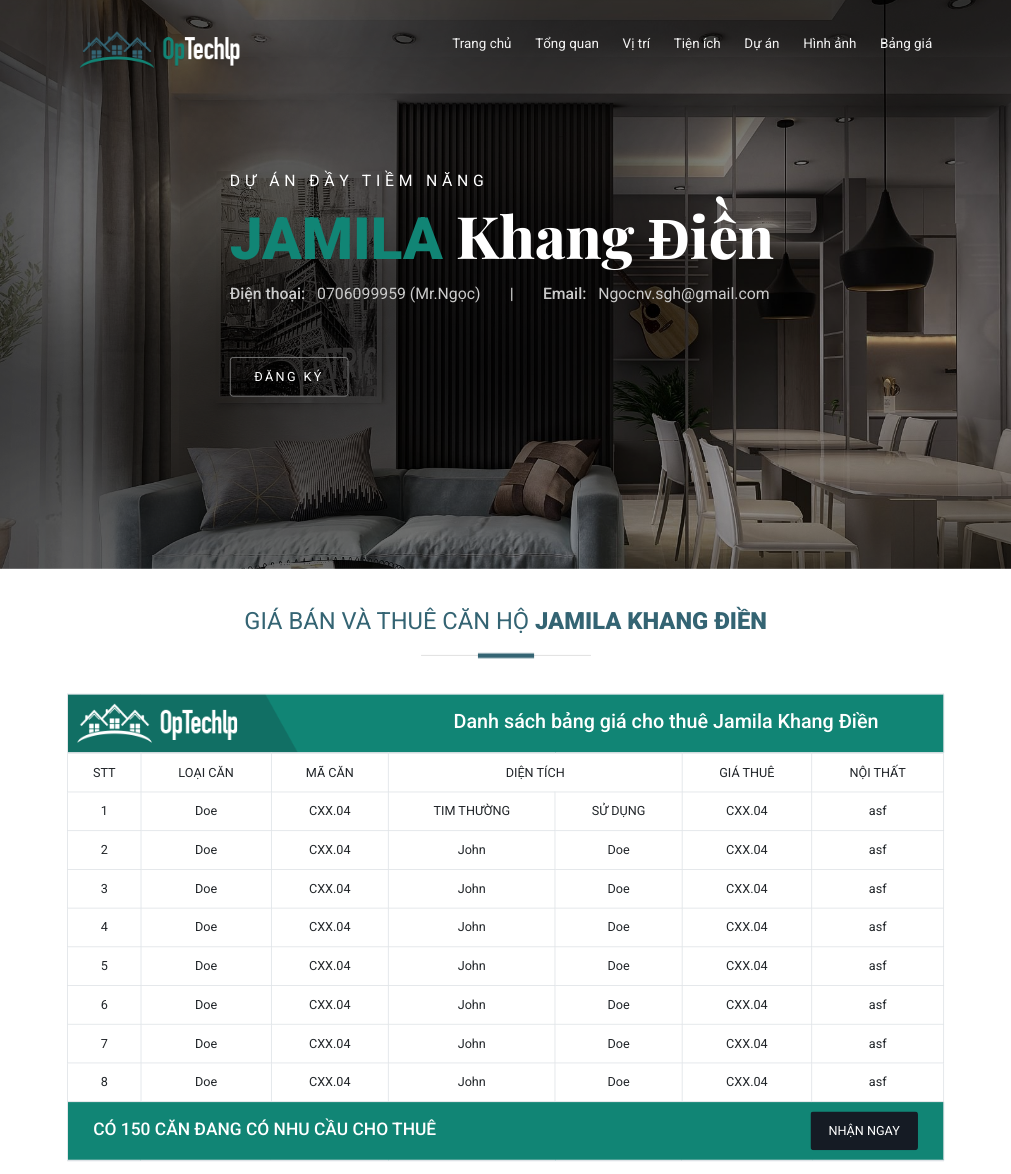
Repository: phunobi1807/Myweb
Page: index.html
The author's editor kept a copy of each file at every save. The page is drawn from the files as they stood at one save, then again after the next save.
The browser window is 1280 px wide. The pictures show the whole page, at 79% of full size.
Some web fonts or font styles are not loaded; a fallback is used.

Above is the page before, as saved 2021-05-14 14:31:50.

After the next save:
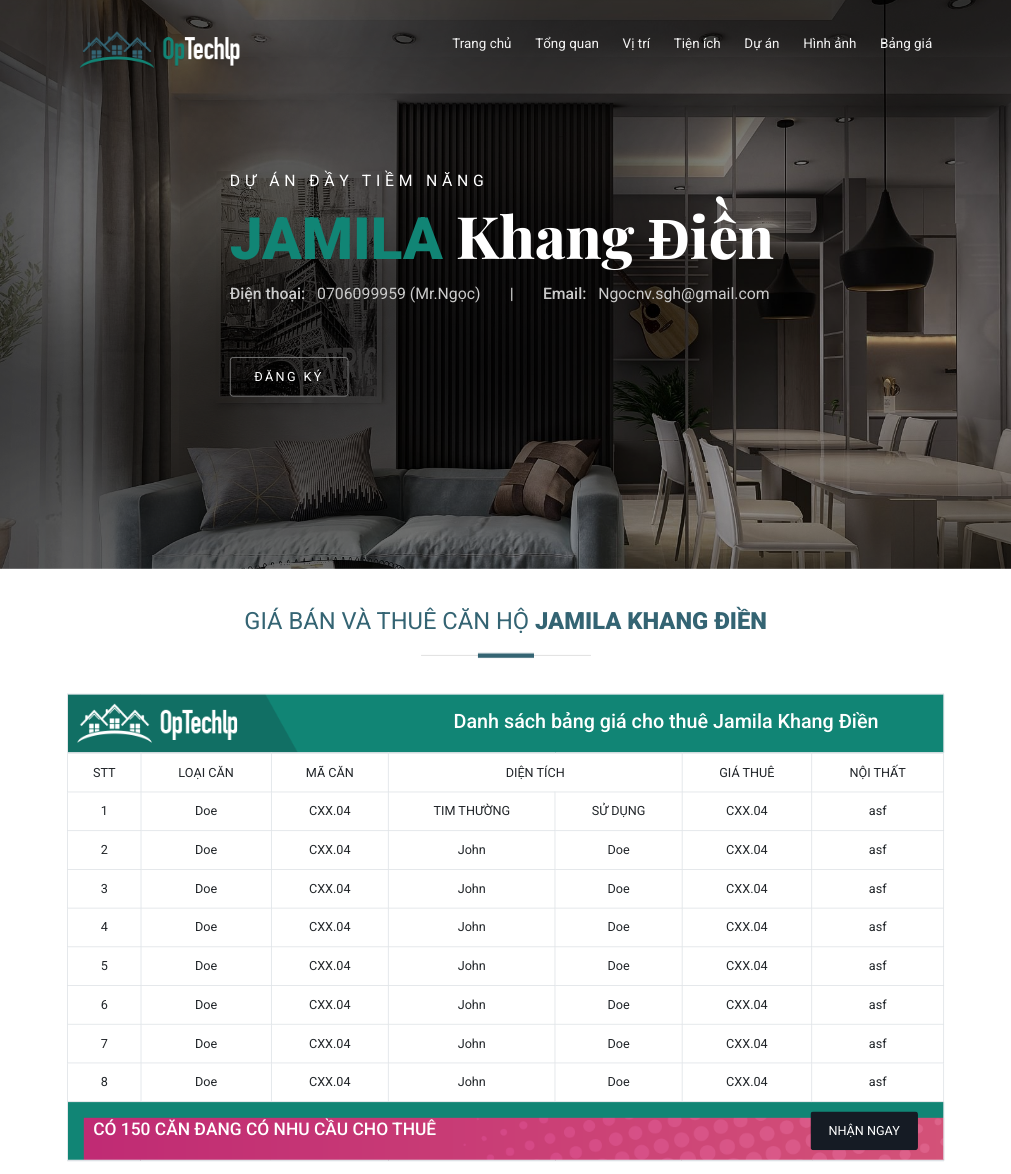
Saved 43 s later.
--- a/css/style.css
+++ b/css/style.css
@@ -233,4 +233,8 @@
         padding: 0px 22px;
         margin-right: 20px;
     }
+
+    .price-apartment table thead tr.bot-one {
+        background-image: url(../image/bannerpink.png);
+    }
     /* end giá bán căn hộ trong bảng  */
